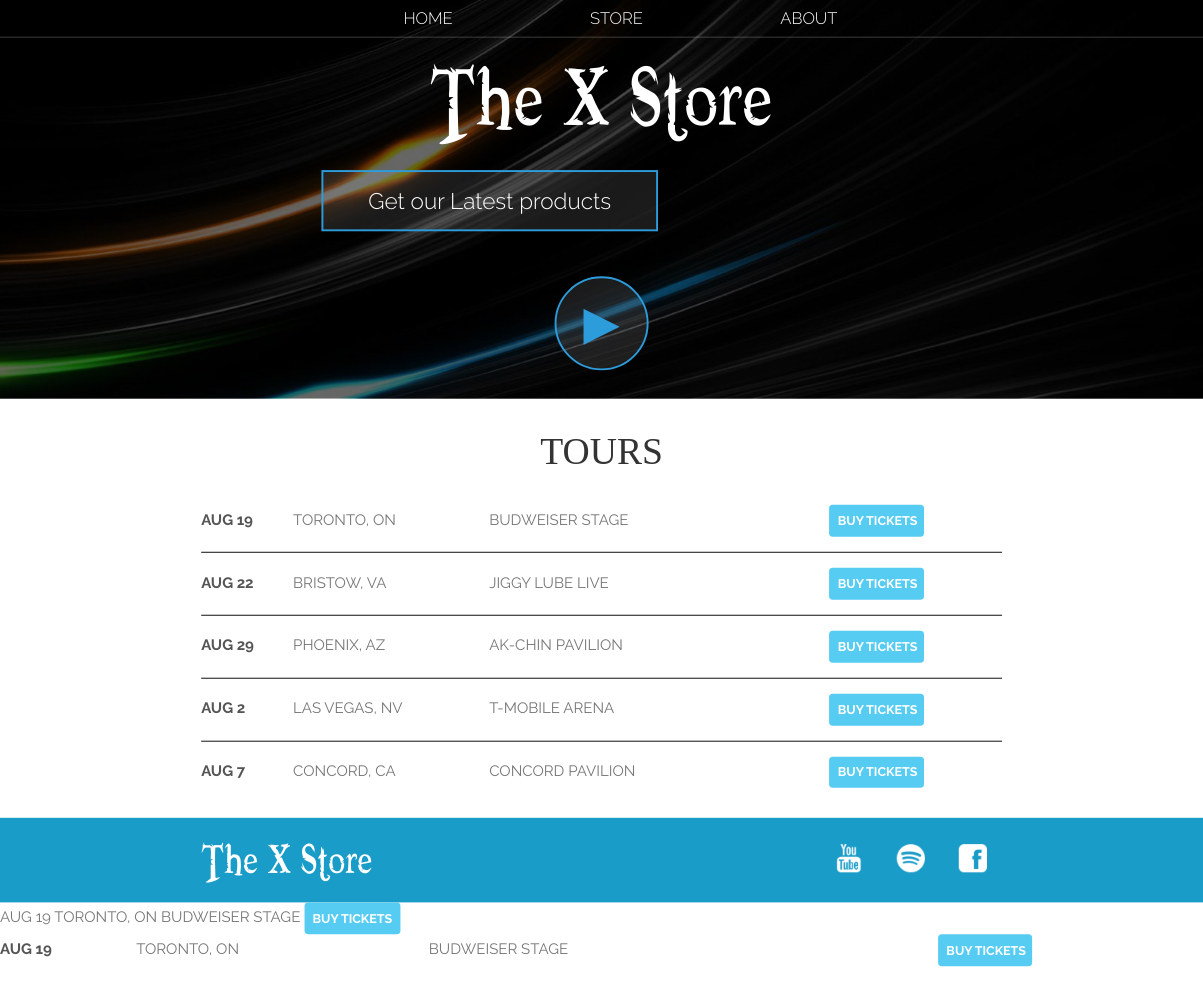
Repository: RL20/Strip_N_Shopping-cart
Page: index.html
An editor plug-in stored every save of this project. The page is shown before and after the next save, followed by the edit.
The browser window is 1280 px wide. The pictures show the whole page, at 94% of full size.
Some web fonts or font styles are not loaded; a fallback is used.

Above is the page before, as saved 2022-08-18 18:55:17.

After the next save:
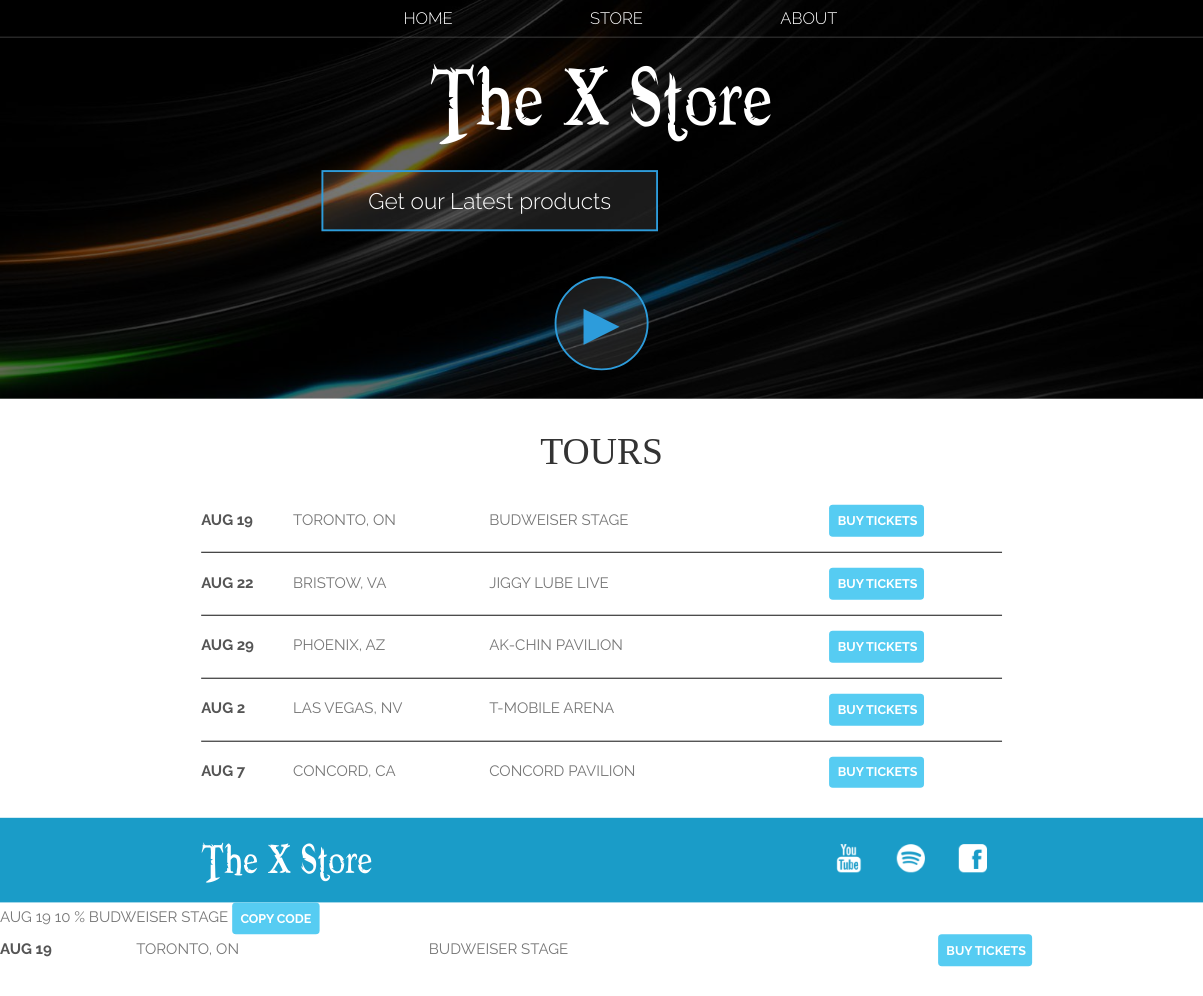
Saved 4 min 39 s later.
--- a/index.html
+++ b/index.html
@@ -82,9 +82,9 @@
 
 <div class="info-row">
   <span class="info-item info-date">AUG 19</span>
-  <span class="info-item info-city">TORONTO, ON</span>
+  <span class="info-item info-percent">10 %</span>
   <span class="info-item info-arena">BUDWEISER STAGE</span>
-  <button type="button" class="info-item info-btn btn btn-primary">BUY TICKETS</button>
+  <button type="button" class="info-item info-btn btn btn-primary">COPY CODE</button>
 </div>
 <div class="tour-row">
   <span class="tour-item tour-date">AUG 19</span>
